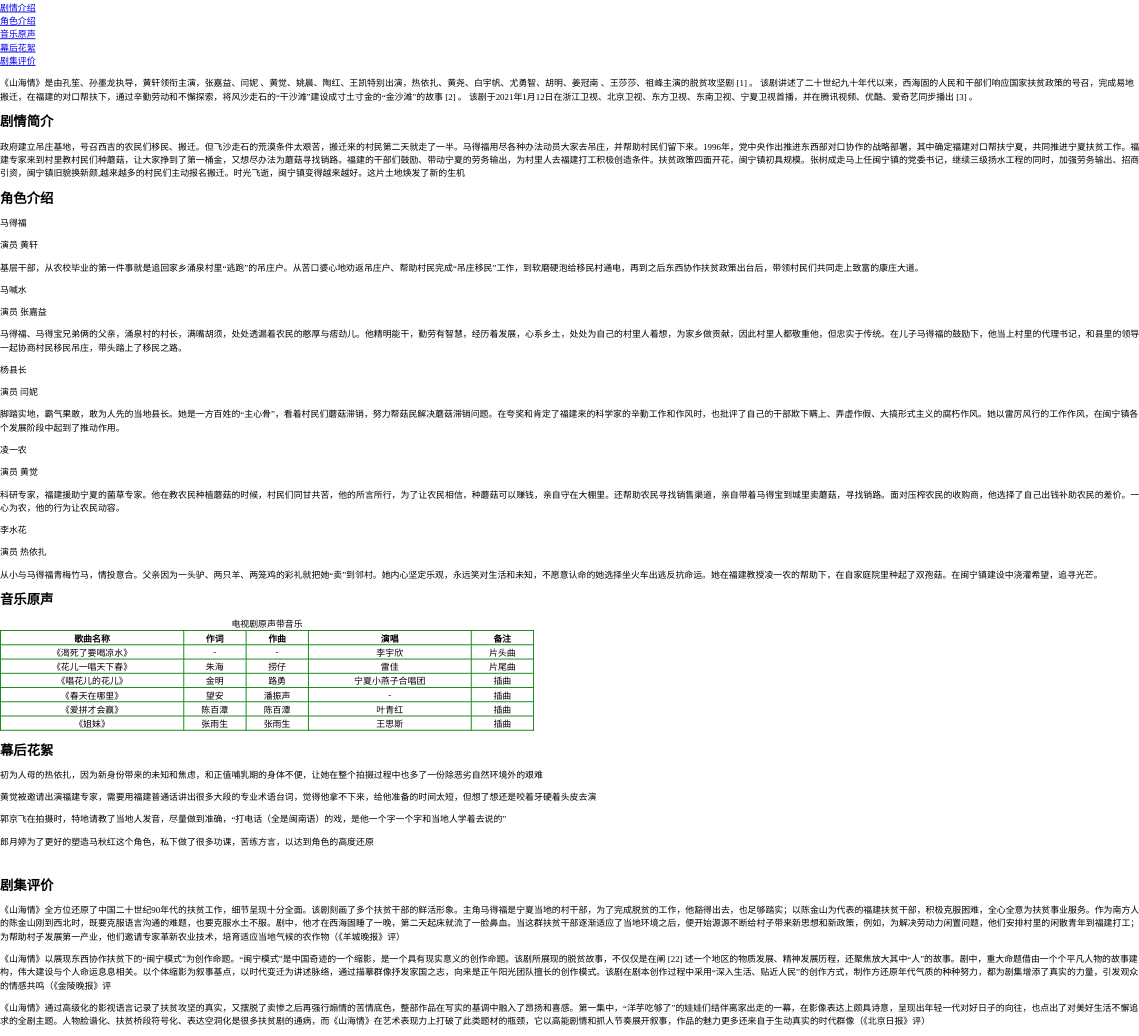
Repository: Lixianlai-2/static-website
Page: index.html
An editor plug-in stored every save of this project. The page is shown before and after the next save, followed by the edit.
The browser window is 1280 px wide. The pictures show the whole page, at 89% of full size.

Above is the page before, as saved 2021-11-30 20:43:56.

### index.html
<!DOCTYPE html>
<html lang="zh-CN">
  <head>
    <meta charset="UTF-8" />
    <meta http-equiv="X-UA-Compatible" content="IE=edge" />
    <meta
      name="viewport"
      content="width=device-width, initial-scale=1.0"
      content="ie=edge"
    />
    <title>山海情</title>

    <style>
      * {
        margin: 0;
        padding: 0;
        box-sizing: border-box;
      }

      body {
        font-size: 10px;
      }
      h2,
      div,
      p {
        margin: 10px 0;
      }

      img {
        max-width: 100%;
      }

      table {
        text-align: center;
        max-width: 100%;
        width: 600px;
        table-layout: auto;
        border-collapse: collapse;
        border-spacing: 0;
      }

      th,
      td {
        border: 1px solid green;
      }
    </style>
  </head>
  <body>
    <nav>
      <ol>
        <li><a href="#Plot">剧情介绍</a></li>
        <li><a href="#Role">角色介绍</a></li>
        <li><a href="#Music">音乐原声</a></li>
        <li><a href="#Tidbits">幕后花絮</a></li>
        <li><a href="#Evaluation">剧集评价</a></li>
      </ol>
    </nav>

    <p>
      《山海情》是由孔笙、孙墨龙执导，黄轩领衔主演，张嘉益、闫妮
      、黄觉、姚晨、陶红、王凯特别出演，热依扎、黄尧、白宇帆、尤勇智、胡明、姜冠南
      、王莎莎、祖峰主演的脱贫攻坚剧 [1] 。
      该剧讲述了二十世纪九十年代以来，西海固的人民和干部们响应国家扶贫政策的号召，完成易地搬迁，在福建的对口帮扶下，通过辛勤劳动和不懈探索，将风沙走石的“干沙滩”建设成寸土寸金的“金沙滩”的故事
      [2] 。
      该剧于2021年1月12日在浙江卫视、北京卫视、东方卫视、东南卫视、宁夏卫视首播，并在腾讯视频、优酷、爱奇艺同步播出
      [3] 。
    </p>

    <h2 id="Plot">剧情简介</h2>
    <p>
      政府建立吊庄基地，号召西吉的农民们移民、搬迁。但飞沙走石的荒漠条件太艰苦，搬迁来的村民第二天就走了一半。马得福用尽各种办法动员大家去吊庄，并帮助村民们留下来。1996年，党中央作出推进东西部对口协作的战略部署，其中确定福建对口帮扶宁夏，共同推进宁夏扶贫工作。福建专家来到村里教村民们种蘑菇，让大家挣到了第一桶金，又想尽办法为蘑菇寻找销路。福建的干部们鼓励、带动宁夏的劳务输出，为村里人去福建打工积极创造条件。扶贫政策四面开花，闽宁镇初具规模。张树成走马上任闽宁镇的党委书记，继续三级扬水工程的同时，加强劳务输出、招商引资，闽宁镇旧貌换新颜,越来越多的村民们主动报名搬迁。时光飞逝，闽宁镇变得越来越好。这片土地焕发了新的生机
    </p>

    <h2 id="Role">角色介绍</h2>

    <ul>
      <li>
        <dl>
          <dt>
            <!-- div.role-name>span.item-value+div.role-actor>span.item-key+span.item-value -->
            <div class="role-name">
              <span class="item-value">马得福</span>
              <div class="role-actor">
                <span class="item-key">演员</span>
                <span class="item-value">黄轩</span>
              </div>
            </div>
          </dt>
          <dl>
            <p>
              基层干部，从农校毕业的第一件事就是追回家乡涌泉村里“逃跑”的吊庄户。从苦口婆心地劝返吊庄户、帮助村民完成“吊庄移民”工作，到软磨硬泡给移民村通电，再到之后东西协作扶贫政策出台后，带领村民们共同走上致富的康庄大道。
            </p>
          </dl>
        </dl>
      </li>
      <li>
        <dl>
          <dt>
            <div class="role-name">
              <span class="item-value">马喊水</span>
              <div class="role-actor">
                <span class="item-key">演员</span
                ><span class="item-value"> 张嘉益</span>
                <dl>
                  <p>
                    马得福、马得宝兄弟俩的父亲，涌泉村的村长，满嘴胡须，处处透漏着农民的憨厚与痞劲儿。他精明能干，勤劳有智慧，经历着发展，心系乡土，处处为自己的村里人着想，为家乡做贡献，因此村里人都敬重他，但忠实于传统。在儿子马得福的鼓励下，他当上村里的代理书记，和县里的领导一起协商村民移民吊庄，带头踏上了移民之路。
                  </p>
                </dl>
              </div>
            </div>
          </dt>
        </dl>
      </li>
      <li>
        <dl>
          <dt>
            <div class="role-name">
              <span class="item-value">杨县长</span>
              <div class="role-actor">
                <span class="item-key">演员</span>
                <span class="item-value">闫妮</span>
                <dl>
                  <p>
                    脚踏实地，霸气果敢，敢为人先的当地县长。她是一方百姓的“主心骨”，看着村民们蘑菇滞销，努力帮菇民解决蘑菇滞销问题。在夸奖和肯定了福建来的科学家的辛勤工作和作风时，也批评了自己的干部欺下瞒上、弄虚作假、大搞形式主义的腐朽作风。她以雷厉风行的工作作风，在闽宁镇各个发展阶段中起到了推动作用。
                  </p>
                </dl>
              </div>
            </div>
          </dt>
        </dl>
      </li>
      <li>
        <dl>
          <dt>
            <div class="role-name">
              <span class="item-value">凌一农</span>
              <div class="role-actor">
                <span class="item-key">演员</span>
                <span class="item-value">黄觉</span>
                <dl>
                  <p>
                    科研专家，福建援助宁夏的菌草专家。他在教农民种植蘑菇的时候，村民们同甘共苦，他的所言所行，为了让农民相信，种蘑菇可以赚钱，亲自守在大棚里。还帮助农民寻找销售渠道，亲自带着马得宝到城里卖蘑菇，寻找销路。面对压榨农民的收购商，他选择了自己出钱补助农民的差价。一心为农，他的行为让农民动容。
                  </p>
                </dl>
              </div>
            </div>
          </dt>
        </dl>
      </li>
      <li>
        <dl>
          <dt>
            <div class="role-name">
              <span class="item-value">李水花</span>
              <div class="role-actor">
                <span class="item-key">演员</span>
                <span class="item-value">热依扎</span>
                <dl>
                  <p>
                    从小与马得福青梅竹马，情投意合。父亲因为一头驴、两只羊、两笼鸡的彩礼就把她“卖”到邻村。她内心坚定乐观，永远笑对生活和未知，不愿意认命的她选择坐火车出逃反抗命运。她在福建教授凌一农的帮助下，在自家庭院里种起了双孢菇。在闽宁镇建设中浇灌希望，追寻光芒。
                  </p>
                </dl>
              </div>
            </div>
          </dt>
        </dl>
      </li>
    </ul>

    <!-- ul>(li>dl>dt>div.role-name>span.item-value+div.role-actor>span.item-key+span.item-value+dl)*5 -->
    <!-- div.role-name>span.item-value+div.role-actor>span.item-key+span.item-value -->

    <h2 id="Music">音乐原声</h2>
    <table>
      <caption>
        电视剧原声带音乐
      </caption>
      <thead>
        <tr>
          <th>歌曲名称</th>
          <th>作词</th>
          <th>作曲</th>
          <th>演唱</th>
          <th>备注</th>
        </tr>
      </thead>
      <tbody>
        <tr>
          <td>《渴死了要喝凉水》</td>
          <td>-</td>
          <td>-</td>
          <td>李宇欣</td>
          <td>片头曲</td>
        </tr>
        <tr>
          <td>《花儿一唱天下春》</td>
          <td>朱海</td>
          <td>捞仔</td>
          <td>雷佳</td>
          <td>片尾曲</td>
        </tr>
        <tr>
          <td>《唱花儿的花儿》</td>
          <td>金明</td>
          <td>路勇</td>
          <td>宁夏小燕子合唱团</td>
          <td>插曲</td>
        </tr>
        <tr>
          <td>《春天在哪里》</td>
          <td>望安</td>
          <td>潘振声</td>
          <td>-</td>
          <td>插曲</td>
        </tr>
        <tr>
          <td>《爱拼才会赢》</td>
          <td>陈百潭</td>
          <td>陈百潭</td>
          <td>叶青红</td>
          <td>插曲</td>
        </tr>
        <tr>
          <td>《姐妹》</td>
          <td>张雨生</td>
          <td>张雨生</td>
          <td>王思斯</td>
          <td>插曲</td>
        </tr>
      </tbody>
      <tfoot></tfoot>
    </table>

    <h2 id="Tidbits">幕后花絮</h2>
    <ul>
      <li>
        <p>
          初为人母的热依扎，因为新身份带来的未知和焦虑，和正值哺乳期的身体不便，让她在整个拍摄过程中也多了一份除恶劣自然环境外的艰难
        </p>
      </li>
      <li>
        <p>
          黄觉被邀请出演福建专家，需要用福建普通话讲出很多大段的专业术语台词，觉得他拿不下来，给他准备的时间太短，但想了想还是咬着牙硬着头皮去演
        </p>
      </li>
      <li>
        <p>
          郭京飞在拍摄时，特地请教了当地人发音，尽量做到准确，“打电话（全是闽南语）的戏，是他一个字一个字和当地人学着去说的”
        </p>
      </li>
      <li>
        <p>
          郎月婷为了更好的塑造马秋红这个角色，私下做了很多功课，苦练方言，以达到角色的高度还原
        </p>
      </li>
      <li></li>
    </ul>
    <h2 id="Evaluation">剧集评价</h2>
    <div>
      《山海情》全方位还原了中国二十世纪90年代的扶贫工作，细节呈现十分全面。该剧刻画了多个扶贫干部的鲜活形象。主角马得福是宁夏当地的村干部，为了完成脱贫的工作，他豁得出去，也足够踏实；以陈金山为代表的福建扶贫干部，积极克服困难，全心全意为扶贫事业服务。作为南方人的陈金山刚到西北时，既要克服语言沟通的难题，也要克服水土不服。剧中，他才在西海固睡了一晚，第二天起床就流了一脸鼻血。当这群扶贫干部逐渐适应了当地环境之后，便开始源源不断给村子带来新思想和新政策，例如，为解决劳动力闲置问题，他们安排村里的闲散青年到福建打工；为帮助村子发展第一产业，他们邀请专家革新农业技术，培育适应当地气候的农作物（《羊城晚报》评）
    </div>
    <div>
      《山海情》以展现东西协作扶贫下的“闽宁模式”为创作命题。“闽宁模式”是中国奇迹的一个缩影，是一个具有现实意义的创作命题。该剧所展现的脱贫故事，不仅仅是在阐
      [22]
      述一个地区的物质发展、精神发展历程，还聚焦放大其中“人”的故事。剧中，重大命题借由一个个平凡人物的故事建构，伟大建设与个人命运息息相关。以个体缩影为叙事基点，以时代变迁为讲述脉络，通过描摹群像抒发家国之志，向来是正午阳光团队擅长的创作模式。该剧在剧本创作过程中采用“深入生活、贴近人民”的创作方式，制作方还原年代气质的种种努力，都为剧集增添了真实的力量，引发观众的情感共鸣（《金陵晚报》评
    </div>
    <div>
      《山海情》通过高级化的影视语言记录了扶贫攻坚的真实，又摆脱了卖惨之后再强行煽情的苦情底色，整部作品在写实的基调中融入了昂扬和喜感。第一集中，“洋芋吃够了”的娃娃们结伴离家出走的一幕，在影像表达上颇具诗意，呈现出年轻一代对好日子的向往，也点出了对美好生活不懈追求的全剧主题。人物脸谱化、扶贫桥段符号化、表达空洞化是很多扶贫剧的通病，而《山海情》在艺术表现力上打破了此类题材的瓶颈，它以高能剧情和抓人节奏展开叙事，作品的魅力更多还来自于生动真实的时代群像（《北京日报》评）
    </div>
  </body>
</html>

After the next save:
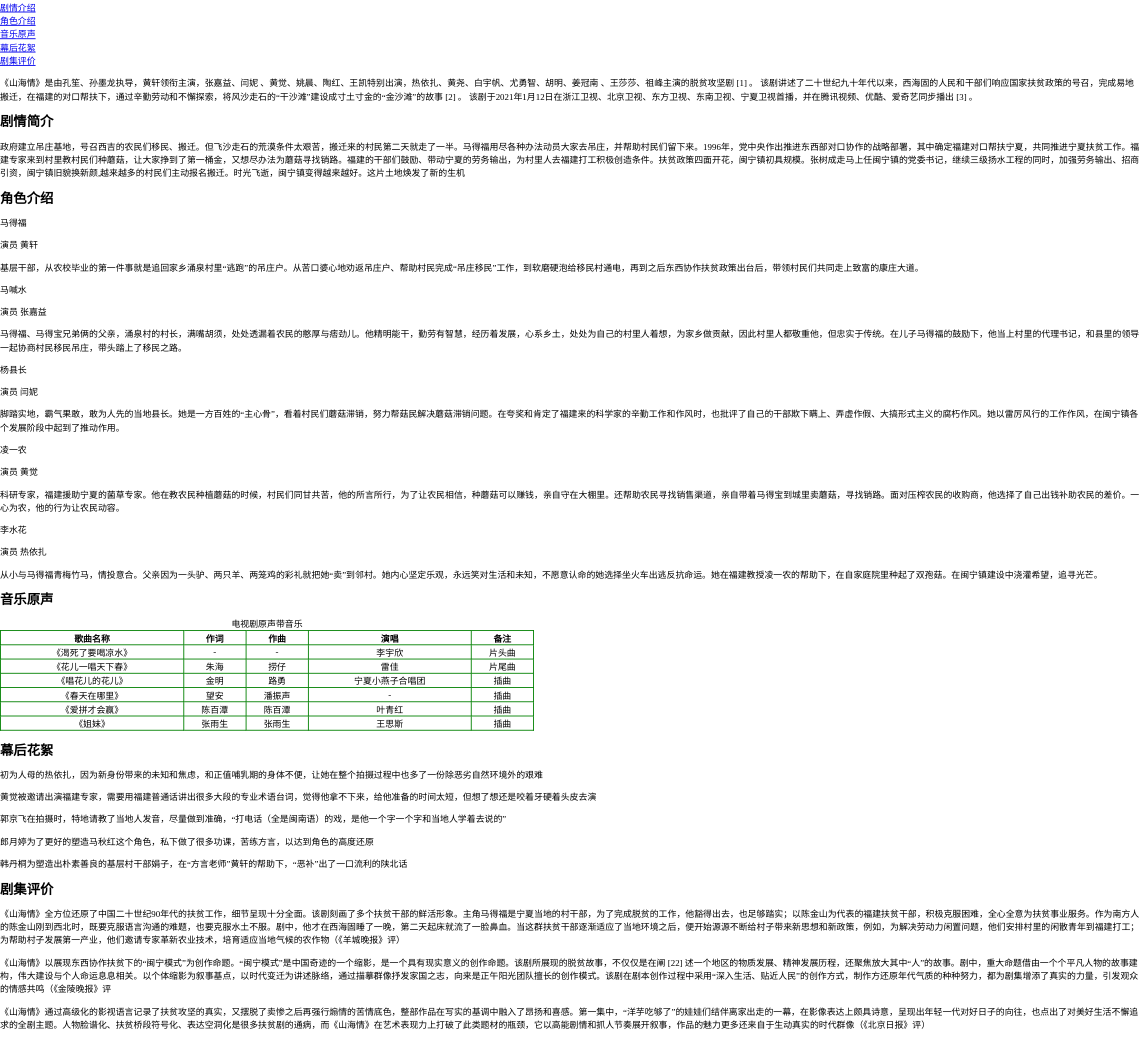
Saved 7 s later.
--- a/index.html
+++ b/index.html
@@ -253,7 +253,11 @@
           郎月婷为了更好的塑造马秋红这个角色，私下做了很多功课，苦练方言，以达到角色的高度还原
         </p>
       </li>
-      <li></li>
+      <li>
+        <p>
+          韩丹桐为塑造出朴素善良的基层村干部娟子，在“方言老师”黄轩的帮助下，“恶补”出了一口流利的陕北话
+        </p>
+      </li>
     </ul>
     <h2 id="Evaluation">剧集评价</h2>
     <div>
